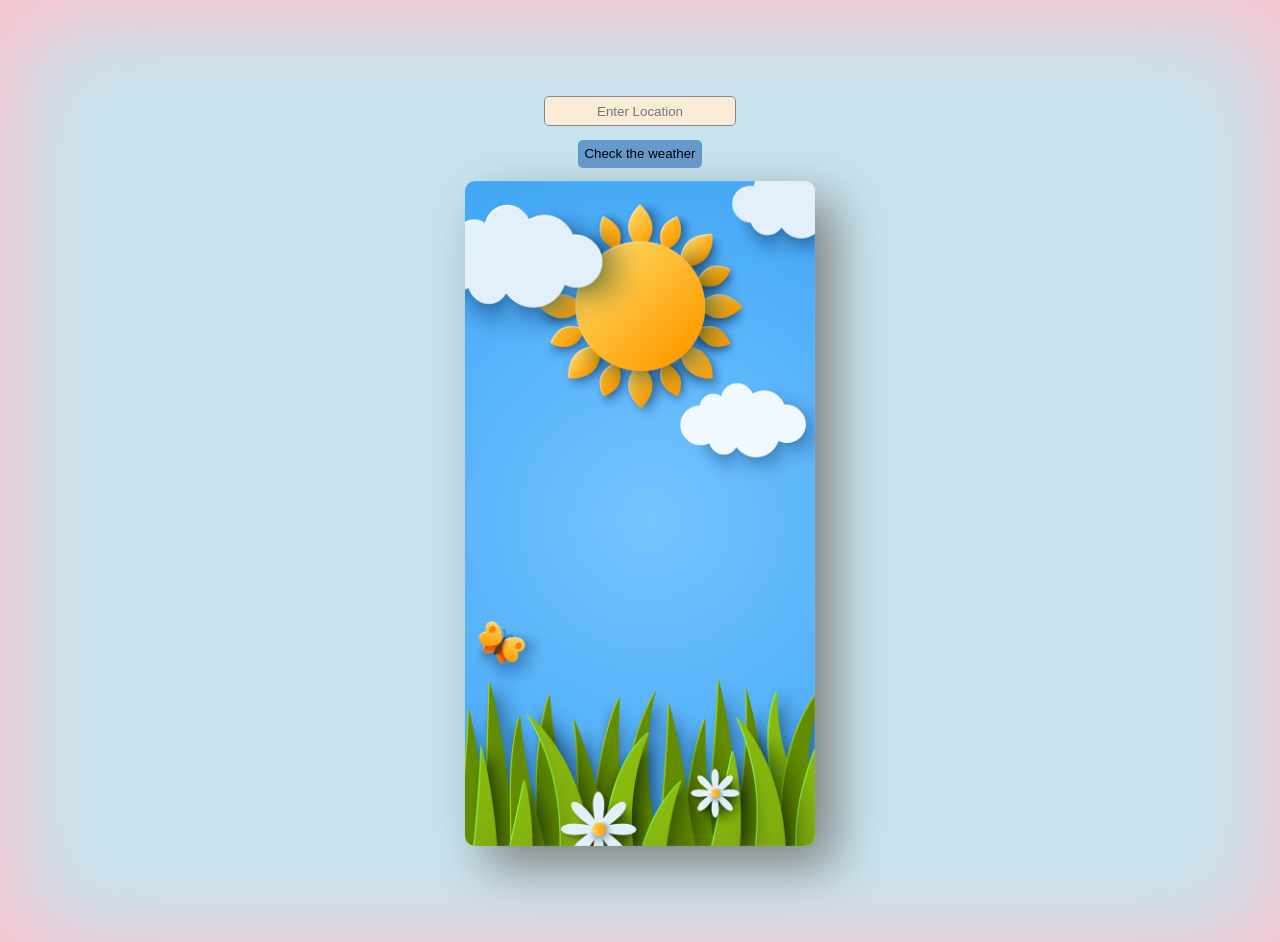
Repository: CanSanchez/weatherapp
Page: /
The author's editor kept a copy of each file at every save. The page is drawn from the files as they stood at one save, then again after the next save.
The browser window is 1280 px wide. The pictures show the whole page.
The project was rebuilt for these pictures with package versions that can differ from the ones it lists, and the page was loaded fresh each time. The framework's server and built-in components were replaced by stand-ins that run in the browser. Also part of the build but not shown: next.config.js.

Above is the page before, as saved 2023-01-17 22:46:31.

After the next save:
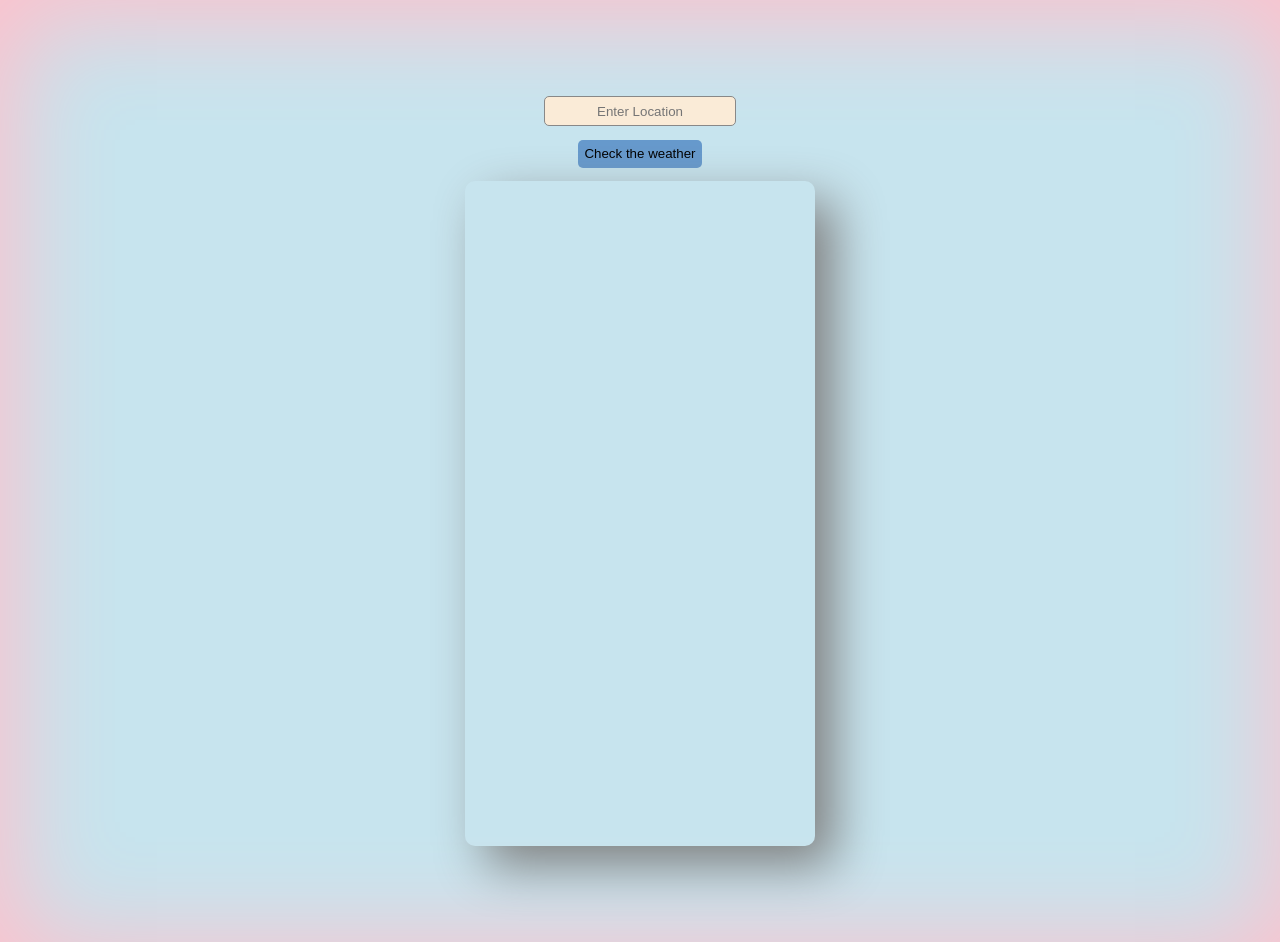
Saved 3 min 23 s later.
--- a/styles/Home.module.css
+++ b/styles/Home.module.css
@@ -16,7 +16,7 @@
   flex-direction: column;
   align-items: center;
   flex-wrap: nowrap;
-  background-image: url('/background/sunny.png');
+  /* background-image: url('/background/sunny.png'); */
   background-size: cover;
   background-repeat: no-repeat;
   box-shadow: 20px 20px 50px grey;
